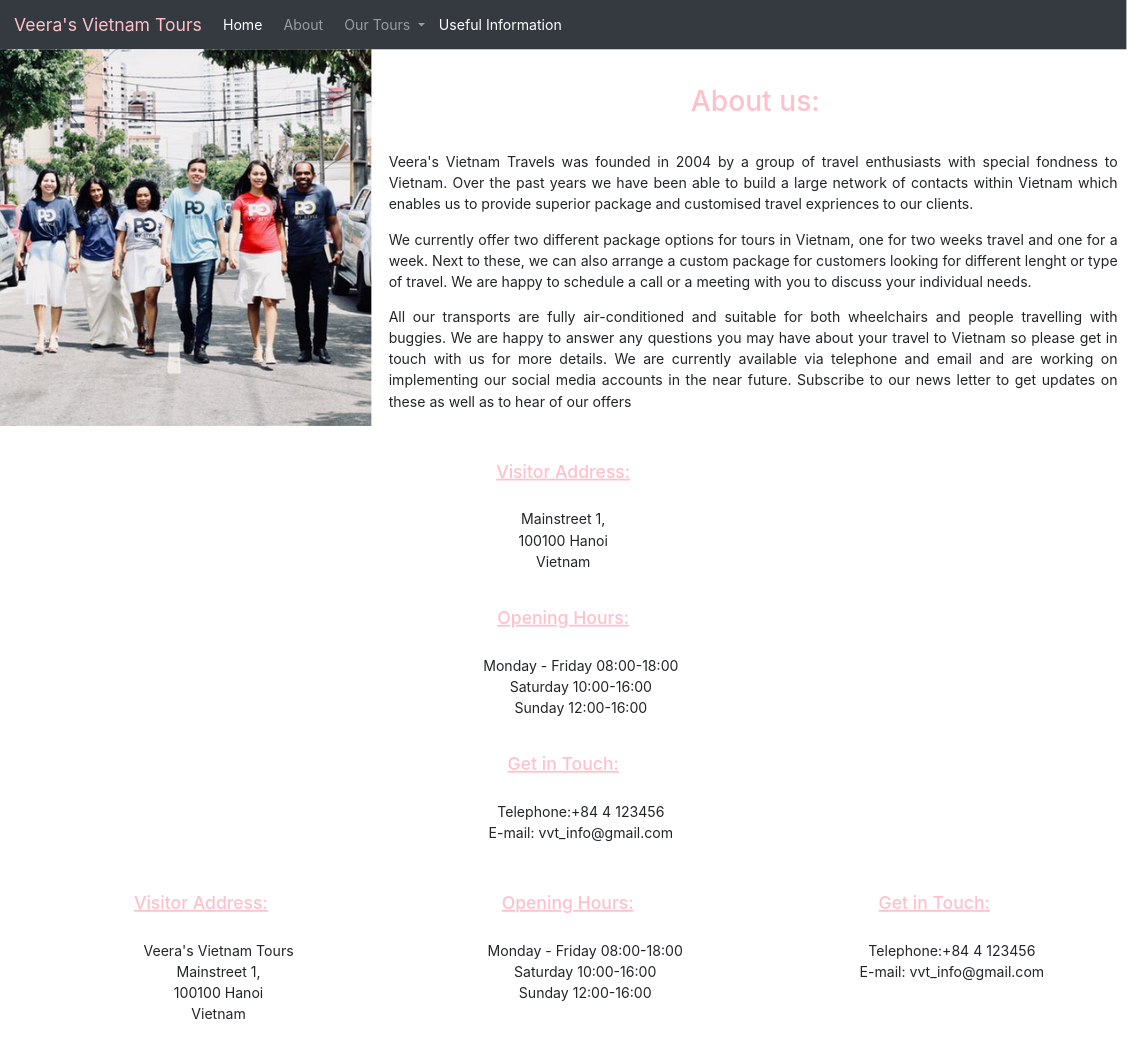
Repository: VAhola/VietnamTour
Page: about.html
The author's editor kept a record of every edit. The page is drawn from the files as they stood at one moment, then again after the next edit.
The browser window is 1280 px wide. The page is 1295 px wide, so the pictures cover 1295 px, including what lies to the right of the window. The pictures show the whole page, at 88% of full size.

Above is the page before.

### about.html
<!DOCTYPE html>
<html lang="en">
<head>
    <meta charset="UTF-8">
    <meta name="viewport" content="width=device-width, initial-scale=1.0">
    <meta http-equiv="X-UA-Compatible" content="ie=edge">
    <link rel="stylesheet" href="https://stackpath.bootstrapcdn.com/bootstrap/4.3.1/css/bootstrap.min.css" type="text/css" />
    <link rel="stylesheet" href="https://stackpath.bootstrapcdn.com/font-awesome/4.7.0/css/font-awesome.min.css" type="text/css" />
    <link rel="stylesheet" href="style.css" type="text/css"/>
    <title>Vietnam Project</title>
</head>
<body>

<!--Nav-->

    <nav class="navbar navbar-dark navbar-expand-sm bg-dark container-fluid">
        <a href="/" class="navbar-brand title">
                    Veera's Vietnam Tours</a>

     <button class="navbar-toggler ml-auto" type="button" data-toggle="collapse" data-target="#navbarNavDropdown" aria-controls="navbarNavDropdown" aria-expanded="false" aria-label="Toggle navigation">
        <span class="navbar-toggler-icon"></span></button>

      <div class="collapse navbar-collapse" id="navbarNavDropdown">
            <ul class="navbar-nav mr-auto">
                <li class="active nav-item mr-2"><a class="nav-link" href="index.html">Home</a></li>
                <li class="nav-item mr-2"><a class="nav-link" href="about.html">About</a></li>
                <li class="nav-item dropdown">
                    <a class="nav-link dropdown-toggle" href="#" id="navbarDropdownMenuLink" role="button" data-toggle="dropdown" aria-haspopup="true" aria-expanded="false">
          Our Tours
        </a>
                    <div class="dropdown-menu" aria-labelledby="navbarDropdownMenuLink">
                        <a class="dropdown-item" href="16d.html">16 Day Complete Vietnam</a>
                        <a class="dropdown-item" href="8d.html">8 Days Vietnam at glance</a>
                        <a class="dropdown-item" href="#">Customised Tours</a>
                    </div>
                </li>
                <li class="active nav-item mr-2"><a class="nav-link" href="Info.html">Useful Information</a></li>
            </ul>
            </div>
        </nav>
<!-- /.nav -->

        <div class="row .container-fluid">
            <a class="col-md-4 logo" href="index.html"></a>
            <div class="col-md-8">
        <h2>About us:</h2>

<section class="about_us">
<p>Veera's Vietnam Travels was founded in 2004 by  a group of travel enthusiasts with special fondness to Vietnam. Over the past years we have been able to build a large network of contacts within Vietnam which enables us to provide superior package and customised travel expriences to our clients.</p>

<p>We currently offer two different package options for tours in Vietnam, one for two weeks travel and one for a week. Next to these, we can also arrange a custom package for customers looking for different lenght or type of travel.
We are happy to schedule a call or a meeting with you to discuss your individual needs.</p>

<p>All our transports are fully air-conditioned and suitable for both wheelchairs and people travelling with buggies.

We are happy to answer any questions you may have about your travel to Vietnam so please get in touch with us for more details. We are currently available via telephone and email and are working on implementing our social media accounts in the near future.

Subscribe to our news letter to get updates on these as well as to hear of our offers
</p>

</section>
</div>
</div>

<div class="contact_det">
<figure class="gallery_item">

        <h5>Visitor Address:</h5>

        <Veera's Vietnam Tours</li>
        <li>Mainstreet 1, </li>
        <li>100100 Hanoi </li>
        <li>Vietnam </li>
        </ul>
</figure>
<figure class="gallery__item">
         <h5>Opening Hours:</h5>
        <ul>
            <li>Monday - Friday 08:00-18:00</li>
            <li>Saturday 10:00-16:00</li>
            <li>Sunday  12:00-16:00</li>
        </ul>
</figure>
<figure class="gallery__item">
         <h5>Get in Touch:</h5>
        <ul>
            <li>Telephone:+84 4 123456</li>
            <li>E-mail: vvt_info@gmail.com</li>
        </ul>
    </figure>


<div class="row contacts">
    <div class="col-md-4">
        <h5>Visitor Address:</h5>
        <ul>
        <li>Veera's Vietnam Tours</li>
        <li>Mainstreet 1, </li>
        <li>100100 Hanoi </li>
        <li>Vietnam </li>
        </ul>
    </div>
    <div class="col-md-4">
        <h5>Opening Hours:</h5>
        <ul>
            <li>Monday - Friday 08:00-18:00</li>
            <li>Saturday 10:00-16:00</li>
            <li>Sunday  12:00-16:00</li>
        </ul>
    </div>
    <div class="col-md-4">
        <h5>Get in Touch:</h5>
        <ul>
            <li>Telephone:+84 4 123456</li>
            <li>E-mail: vvt_info@gmail.com</li>
        </ul>
    </div>

</div>

<footer class="container-fluid">

</footer>

    <script src="https://code.jquery.com/jquery-3.3.1.slim.min.js" integrity="sha384-q8i/X+965DzO0rT7abK41JStQIAqVgRVzpbzo5smXKp4YfRvH+8abtTE1Pi6jizo" crossorigin="anonymous"></script>
    <script src="https://cdnjs.cloudflare.com/ajax/libs/popper.js/1.14.3/umd/popper.min.js" integrity="sha384-ZMP7rVo3mIykV+2+9J3UJ46jBk0WLaUAdn689aCwoqbBJiSnjAK/l8WvCWPIPm49" crossorigin="anonymous"></script>
    <script src="https://stackpath.bootstrapcdn.com/bootstrap/4.1.3/js/bootstrap.min.js" integrity="sha384-ChfqqxuZUCnJSK3+MXmPNIyE6ZbWh2IMqE241rYiqJxyMiZ6OW/JmZQ5stwEULTy" crossorigin="anonymous"></script>

</body>
</html>

### style.css
html {
    border: none;
}

/*------------- Styling the header -----------*/

.header {
    background-color: #4F4F4F;
    background-position: center;
    text-align: center;
    background-size: cover;
    color: #fafafa;
    margin:0;
    padding-bottom: 10px;
    padding-top: 10px;


}

.button {
    color: white;
}


.navbar-dark .navbar-brand {
    color: pink;

}

.dropdown-menu {
    background-color: #4F4F4F;
}

.dropdown-item {
    color: #b9bec3;
}

.wrapper {
}
a {
    color:#fafafa;
}

.section1 {
    background-size: unset;
    text-align: center;
    background-image: url(Assets/pictures/bamboo-boat-clouds-cloudscape-2132098.jpg);
    background-repeat: no-repeat;
    min-height: 350px;
    color: black;
    padding: 20px 10px;
    background-position-y: bottom;
    background-position-x: center;
    background-color: darkgray;
}

.intro {
    background-color: pink;
    padding-top:10px;
    padding-bottom:10px;
}
h1, h2, h3{
    color: PINK;
    text-align: center;
    padding-bottom:30px;
    padding-top: 40px;
}

h5 {
    color: pink;
    text-align: center;
    margin-top: 40px;
    margin-bottom: 30px;
    text-decoration: underline
}

.logo {
    background: url("Assets/pictures/adults-buildings-cars-1701001.jpg");
    background-position: center;
    background-repeat: no-repeat;
    background-size: cover;
    min-height: 280px;
    max-width: 98%
    transition: all .5s ease-in-out;
    -moz-transition: all .5s ease-in-out;
    -webkit-transition: all .5s ease-in-out;
}

li {
    list-style: none;
    text-align: center
}

.tours {
    color:darkgray;
    text-align:center;
    margin-bottom:30px;
}

.about_us {
    text-align: justify;
    margin-left: 5px;
    margin-right: 10px;
}

.contacts {
    margin-left: 20px;
    margin-right: 10px;
}

.man {
    background-image: url(Assets/pictures/hanoi-man-market-1004123.jpg);

}

.towel {
 text-align:center;
 padding-left:15px;
 padding-right:15px;
 background-color: yellow;
}

.internary16 {
    text-align: left;
    margin: 10px 20px;
    align-content: center;
    text-align: justify;
}

.right {
    height:200px;
    word-break: break-word;
    float:right;
    margin: 5px;
}

.left {
    height:200px;
    word-break: break-word;
    float:left;
    margin: 5px;
}

article {
    margin: 5px;
}

img.iten_right {
    border: 1px solid #ddd;
    border-radius: 4px;
    padding: 5px;
    width: 300px;
    margin-left: 10px;
}

img.iten_left {
    border: 1px solid #ddd;
    border-radius: 4px;
    padding: 5px;
    width: 300px;
    margin-right: 10px;
}

img.map_right {
    border: 1px solid #ddd;
    border-radius: 4px;
    width: 130px;
    margin-left: 10px;
}




banner2 {
    display: inline-block;
}

.bggray {
    background-color: #f4f3f3;
    padding-bottom: 10px;
}

.section2 {
    background-size: unset;
    text-align: center;
    background-image: url(Assets/pictures/chaly-pavement-road-2044867.jpg);
    background-repeat: no-repeat;
    min-height: 350px;
    color: black;
    padding: 20px 10px;
    background-position-y: bottom;
    background-position-x: center;
    background-color: darkgray;
}

.dest {
    margin-left: 10px;
    margin-right: 10px;
}

.desth {
    margin-left: 10px;
    margin-right: 10px;
    text-align:center;
}

.ready {
    background-clip: white;
    margin-left: 10px;
    margin-right: 10px;
}

.grid-container-new {
  display: grid;
  justify-content: space-evenly;
  grid-template-columns: 25% 25% 25%; /*Make the grid smaller than the container*/
  grid-gap: 5px;
  padding: 10px;
}

.grid-container {
  display: grid;
  justify-content: space-evenly;
  grid-template-columns: 80% 20%; /*Make the grid smaller than the container*/
  grid-gap: 5px;
  padding: 10px;
}

.grid-item {
  background-color: rgba(255, 255, 255, 0.8);
  border: 1px solid rgba(0, 0, 0, 0.8);
  padding: 20px;
  font-size: 30px;
  text-align: center;
}

.gallery {
    display: grid;
    grid-template-columns: repeat(4, 1fr);
    grid-gap: 10px;
    margin-left: 5px;
    margin-right: 5px;
    padding-top:5px;
}

.gallery__img {
    width: 100%;
    height: 100%;
    object-fit: cover;
}

.header5 {
    color: pink;
    text-decoration: underline;
}

/* media queries */

@media (max-width:767px) {
    body {
    font-size:small;
    }
    .review{
    text-align:center;
    padding:20px 10px;
    margin-bottom:40px;
    display:inline;
    font-size:small;
    }

.contact_det{
    display: grid;
    grid-template-columns: repeat(3, 1fr);
    grid-gap: 10px;
    margin-left: 5px;
    margin-right: 5px;
    padding-top:5px;


}

@media (min-width: 768px) and (max-width: 991px) {
    .review {
    text-align:center;
    padding:20px 10px;
    margin-bottom:40px;
    display:flex;
    font-size:small;
    }
}

@media (min-width: 992px) and (max-width: 1800px) {
    .review{
    text-align:center;
    padding:20px 10px;
    margin-bottom:40px;
    display:inline-flex;
    }
}

After the next edit:
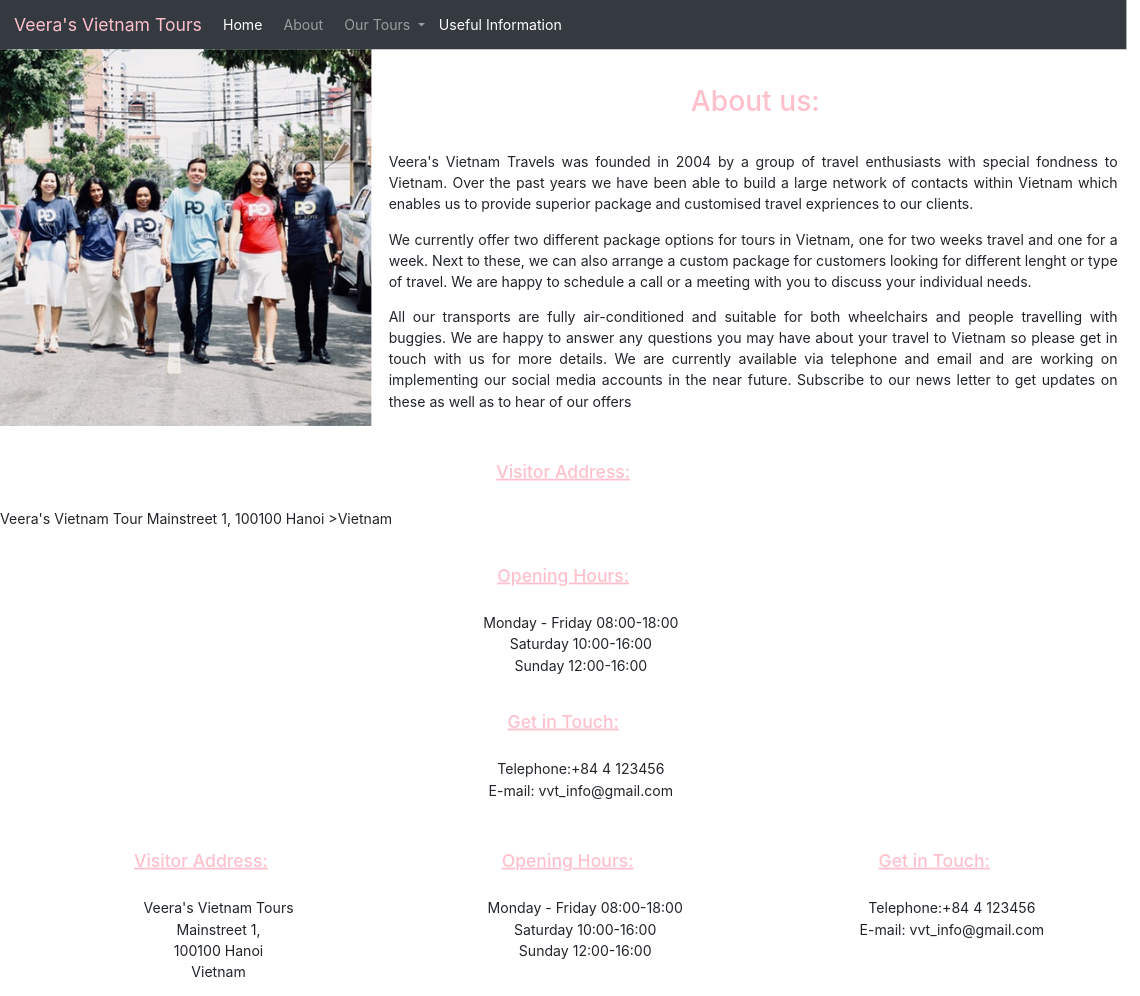
The edit:
--- a/about.html
+++ b/about.html
@@ -67,11 +67,11 @@
 
         <h5>Visitor Address:</h5>
 
-        <Veera's Vietnam Tours</li>
-        <li>Mainstreet 1, </li>
-        <li>100100 Hanoi </li>
-        <li>Vietnam </li>
-        </ul>
+        Veera's Vietnam Tour
+        Mainstreet 1,
+        100100 Hanoi
+        >Vietnam
+
 </figure>
 <figure class="gallery__item">
          <h5>Opening Hours:</h5>
